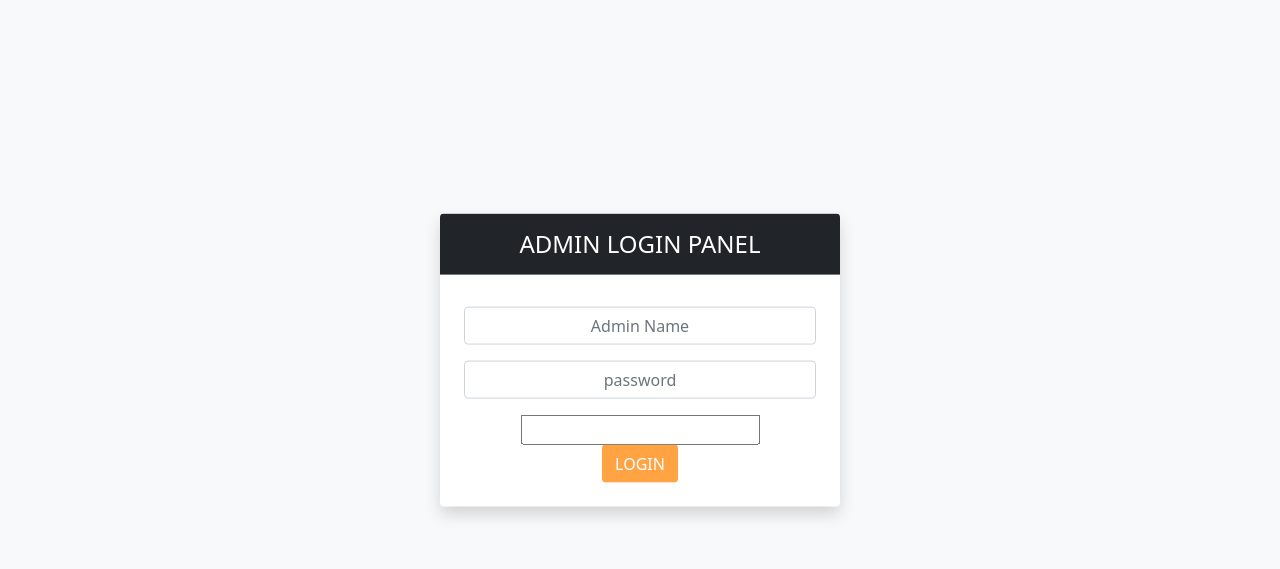
Repository: Priya-23Tiwari/HMS
Page: http://localhost/hmwebsite/admin/index.php
An editor plug-in stored every save of this project. The page is shown before and after the next save, followed by the edit.
The browser window is 1280 px wide. The pictures show the whole page.
Some web fonts or font styles are not loaded; a fallback is used. The page is run by PHP 8.4 with error messages shown; the project is at /var/www/html/.

Above is the page before, as saved 2025-03-10 17:57:59.

After the next save:
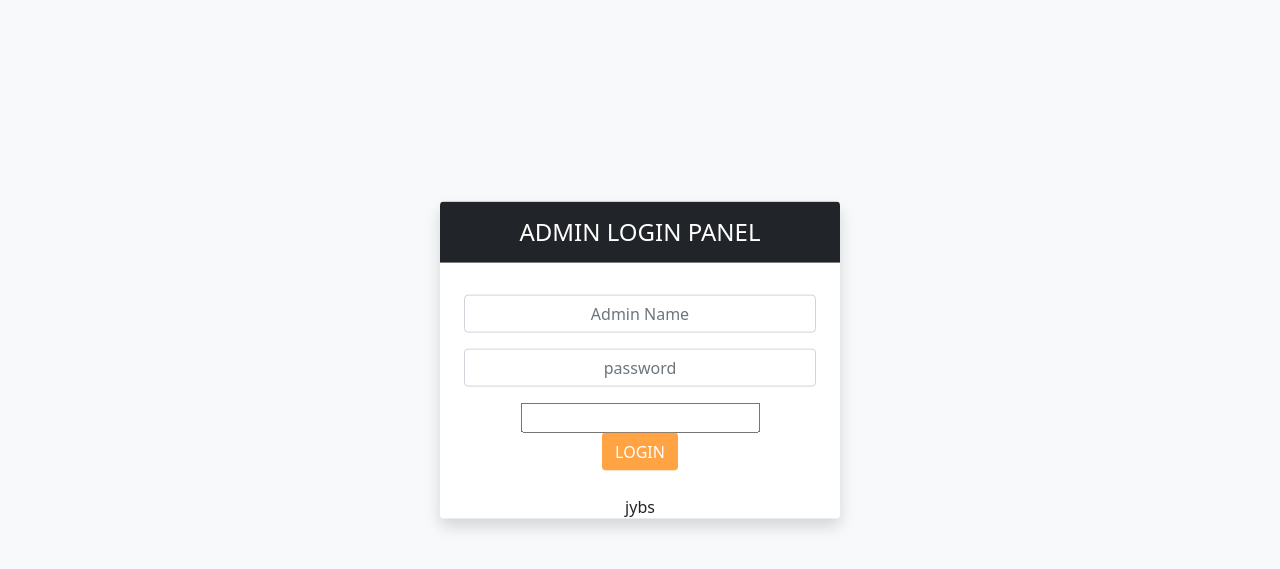
Saved 10 s later.
--- a/hmwebsite/admin/index.php
+++ b/hmwebsite/admin/index.php
@@ -46,7 +46,7 @@
                 </div>
                 <button name="login" type="submit" class="btn text-white custom-bg shadow-none">LOGIN</button>
             </div>
-        </form>
+        </form>  jybs
     </div>
     <?php
 

After the save that followed:
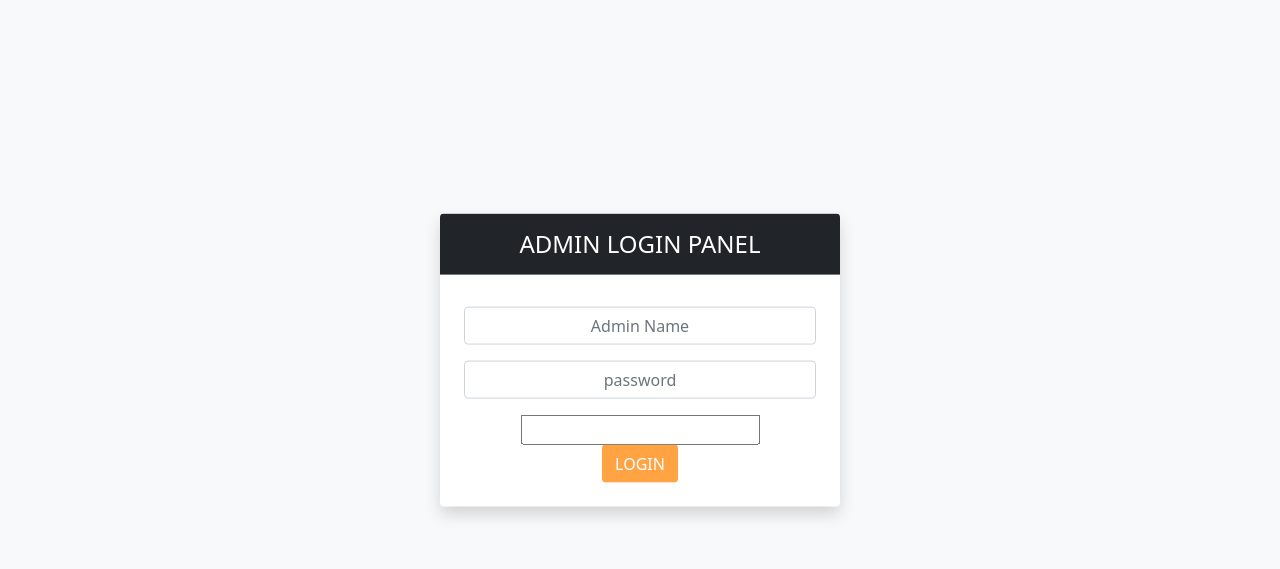
Saved 10 s later.
--- a/hmwebsite/admin/index.php
+++ b/hmwebsite/admin/index.php
@@ -46,7 +46,7 @@
                 </div>
                 <button name="login" type="submit" class="btn text-white custom-bg shadow-none">LOGIN</button>
             </div>
-        </form>  jybs
+        </form>
     </div>
     <?php
 
